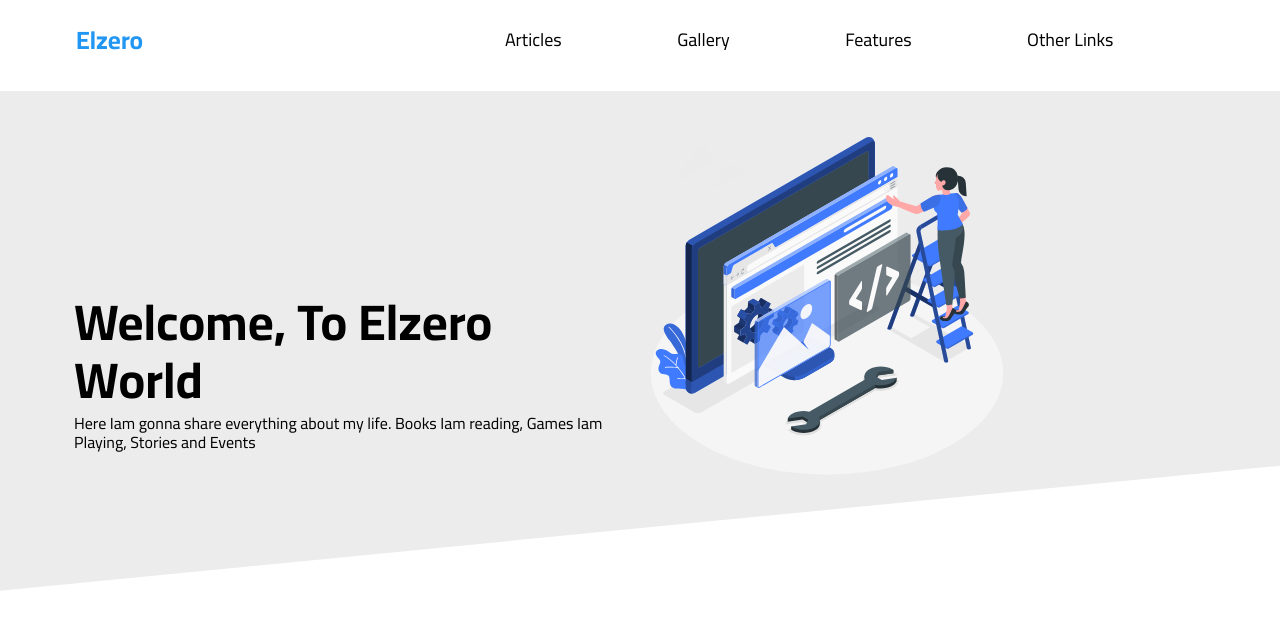
Repository: Toqa-25/elzeroAcdemey-Templete
Page: index.html
The author's editor kept a copy of each file at every save. The page is drawn from the files as they stood at one save, then again after the next save.
The browser window is 1280 px wide. The pictures show the whole page.

Above is the page before, as saved 2022-01-16 21:36:58.

### index.html
<!DOCTYPE html>
<html lang="en">
<head>
    <meta charset="UTF-8">
    <meta http-equiv="X-UA-Compatible" content="IE=edge">
    <meta name="viewport" content="width=device-width, initial-scale=1.0">
    <!-- normalize file -->
    <link rel="stylesheet" href="css/normalize.css">
    <!-- css files -->
    <link rel="stylesheet" href="css/style.css">
    <!-- fontAwosem file -->
    <link rel="stylesheet" href="css/all.min.css">
     <!-- font files -->
     <link rel="preconnect" href="https://fonts.googleapis.com">
    <link rel="preconnect" href="https://fonts.gstatic.com" crossorigin>
    <link href="https://fonts.googleapis.com/css2?family=Cairo:wght@200;400;700;800;900&display=swap" rel="stylesheet">
    <!-- page title -->
    <title>templete 3</title>
</head>
<body>
    <!-- header section -->
    <header id="" class="">
        <div class="container">
            <div class="header-content">
                <div class="header-content-logo">
                    <a href="index.html" class="logo link-none">Elzero</a>
                </div>
                <nav>
                    <ul class="nav-list unlist">
                        <li class="nav-list-item"> <a href="" class="link-none  link-style" id="articles">articles</a></li>
                        <li class="nav-list-item"> <a href="" class="link-none  link-style" id="gallery">gallery</a></li>
                        <li class="nav-list-item"> <a href="" class="link-none  link-style" id="features">features</a></li>
                        <li class="nav-list-item" id="parent-other-links"> <a href="javascript:;" class="link-none  link-style " >other links</a>
                            <div class="other-links " id="child-other-links">
           <div class="other-links-content">
            <div class="other-links-content-img">
                <img src="images/header/Video files-amico.svg" alt="">
            </div>

            <ul class="other-links-list unlist">
            <div class="other-links-list-group-one">
              <li id="" class="other-links-list-item"><a href="" class="link-none  link-style "><i class="far fa-comments"></i> testimonials</a></li>
              <li id="" class="other-links-list-item"><a href="" class="link-none  link-style "><i class="far fa-user"></i> team member</a></li>
              <li id="" class="other-links-list-item"><a href="" class="link-none  link-style"><i class="far fa-building"></i> services</a></li>
              <li id="" class="other-links-list-item"><a href="" class="link-none  link-style"><i class="far fa-check-circle"></i> our skils</a></li>
              <li id="" class="other-links-list-item"><a href="" class="link-none  link-style"><i class="far fa-clipboard"></i> how it work</a></li>
            </div>
            <div class="other-links-list-group-one">
                <li id="" class="other-links-list-item"><a href="" class="link-none  link-style"><i class="far fa-calendar-alt"></i> events</a></li>
                <li id="" class="other-links-list-item"><a href="" class="link-none  link-style"><i class="fas fa-server"></i> pricing planes</a></li>
                <li id="" class="other-links-list-item"><a href="" class="link-none  link-style"><i class="far fa-play-circle"></i> top video</a></li>
                <li id="" class="other-links-list-item"><a href="" class="link-none  link-style"><i class="fas fa-chart-bar"></i> states</a></li>
                <li id="" class="other-links-list-item"><a href="" class="link-none  link-style"><i class="fas fa-percent"></i> request a discount</a></li>
            </div>
        </ul>
       </div>
       </div>
                        </li>

                    </ul>
                </nav>
            </div>
        </div>
    </header>
    <!-- welcom section -->
    <section id="welcome" class="welcome">
        <div class="container">
            <div class="welcome-content">
                <div class="welcome-content-info">
                    <h1 class="welcome-content-info-head">welcome, to elzero world</h1>
                    <p class="welcoome-content-info-text">Here Iam gonna share everything about my life. Books Iam reading, Games Iam Playing, Stories and Events</p>
                </div>
                <div class="welcome-content-img">
                    <img src="images/welcome/Website setup-amico.svg" alt="" srcset="">
                </div>
            </div>
        </div>

    </section>


       <script src="script.js">

       </script>
</body>
</html>

### css/style.css
 /*
  - container
  -section head

 */
 /* global style */
 :root{
     /* --main-color:#45B2F8; */
     --main-color:#2196F3;
     --s-background:#ececec54;
     --f-background:#ececec;
     --p-color:#D6ECEC;
 }

 *{
     box-sizing: border-box;
     margin: 0;
     padding: 0;
 }
html , body{
    width: 100%;
    height: 100%;
    margin: 0;
    padding: 0;
    overflow: hidden;
}
 body{
     font-family: "Cairo", sans-serif;
 }
 .container{
      width: 90%;
      margin:0 auto;
      /* padding: 15px 0; */
 }
 .link-none{
     text-decoration: none;
 }
 .unlist{
     list-style: none;
 }
 .link-style{
    font-size: 18px;
    text-transform: capitalize;
 }

 /* header style */
 header{
   margin-bottom: 10px;
 }
.header-content{
    display: flex;
    justify-content: space-between;
    align-items: center;
    padding: 10px 12px ;
    margin-bottom: 10px;
}
.logo{
    font-weight: bolder;
    font-size:25px;
    color:var(--main-color)
}

nav{
    width: 70%;
}
.nav-list{
    display: flex;
    justify-content: space-evenly;
    align-items: center;
}
.nav-list-item {
    cursor: pointer;
    color:#000;
    padding: 20px  25px;
    position: relative;
    transition: background-color .2s ;
    -webkit-transition: background-color .2s ;
    -moz-transition: background-color .2s ;
    -ms-transition: background-color .2s ;
    -o-transition: background-color .2s ;
}
.nav-list-item::before{
    content: "";
    height: 3px;
    width: 0;
    background-color: var(--main-color);
    position: absolute;
    top: 0px;
    left: 0;
    transition: width .6s;
    -webkit-transition: width .6s;
    -moz-transition: width .6s;
    -ms-transition: width .6s;
    -o-transition: width .6s;
}
.nav-list-item a{
        color:#000;
}

.nav-list-item:hover  {
    background-color: var(--s-background);
}
.nav-list-item:hover  a {
    color:var(--main-color);
}
.nav-list-item:hover::before{
        width: 100%;
}
#parent-other-links{
    position: relative;
}
#parent-other-links:hover #child-other-links{
    transform:translateY(20px) ;
    -webkit-transform:translateY(20px) ;
    -moz-transform:translateY(20px) ;
    -ms-transform:translateY(20px) ;
    -o-transform:translateY(20px) ;
}
/* media query for header*/
@media (max-width:767px){
    .header-content{
        flex-direction:column ;
        padding:5px 12px;
}
.header-content-logo{
    margin-bottom: 5px;
}
nav{
    width: 80%;
}
.nav-list-item{
    padding:17px 10px;
}
.nav-list-item a{
    font-size: 15px;
}
}
                       /*************************************/
/* style for other links */
.other-links{
 /*margin-top: 10px;
 */margin: 10 auto;
 transform: translatey(1000%);
 -webkit-transform: translatey(1000%);
 -moz-transform: translatey(1000%);
 -ms-transform: translatey(1000%);
 -o-transform: translatey(1000%);
 transition: transform .5s;
 -webkit-transition: transform .5s;
 -moz-transition: transform .5s;
 -ms-transition: transform .5s;
 -o-transition: transform .5s;
}
.other-links-content{
    display: flex;
    border-bottom: 4px solid var(--main-color);
    border-top: 2px solid var(--s-background);
}
.other-links-content-img{
    margin:auto;
}
.other-links-content-img img{
    width: 100%;
}
.other-links-list{
    width:55%;
    display: flex;
    justify-content: space-between;
    padding: 10px;
    align-items: center;
}
.other-links-list-group-one{
    width:45%
}
.other-links-list-item{
    padding: 15px ;
    border-bottom: 1px solid rgba(0, 0, 0, 0.337);
    position: relative;
    cursor: pointer;

}
.other-links-list-item:last-child{
    border:none;
}
.other-links-list-item::before{
    content:"";
    position: absolute;
    top: 0;
    left: 0;
    height: 100%;
    width: 0%;
    background-color: var(--s-background);
    transition:width .5s;
    -webkit-transition:width .5s;
    -moz-transition:width .5s;
    -ms-transition:width .5s;
    -o-transition:width .5s;
}
.other-links-list-item:hover::before{
    width: 100%;
}
.other-links-list-item a{
    font-weight: bold;
    color:var(--main-color)
}
.other-links-list-item > a > i{
 margin-right: 10px;
}
.other{
    transform: translatey(20px);
    -webkit-transform: translatey(20px);
    -moz-transform: translatey(20px);
    -ms-transform: translatey(20px);
    -o-transform: translatey(20px);
}
#child-other-links{
    width:85vw;
    position: absolute;
    right: 5px;
    /* background-color: violet; */
}
@media(max-width:991px){
    #child-other-links{
     width:87vw;
    }
     .other-links-content-img{
        display: none;
    }
    .other-links-list{
        width: 100%;
    }
}
@media(max-width:767px){
    #child-other-links{
        width:100vw;
        margin-right: -166px;
    }
     .other-links-list{
        flex-direction: column;
    }
        .other-links-list-group-one{
    width:100%;
}
.other-links-list-item:last-child{
    border-bottom: 1px solid rgba(0, 0, 0, 0.337);
}
 .other-links-list-item a{
     font-size: 18px;
 }
}
/********************************************************************************************/
/* style for other welcome section */

.welcome{
    /* background-color: var(--s-background);
    clip-path: polygon(0 0, 100% 0, 100% 35%, 0 70%);
    margin-bottom: 500px; */
    /* background-color: var(--s-background);
    clip-path: polygon(0 0, 100% 0, 100% 35%, 0 70%);
    margin-bottom: 500px; */
   background-color: var(--f-background);
    clip-path: polygon(0 0, 100% 0, 100% 75%, 0 100%);
    height: 500px;
    padding: 20px 0px;
    margin-bottom: 500px;

}

.welcome-content{
    display: flex;
}
.welcome-content-info{
    width:50%;
    padding: 150px 10px;
}
.welcome-content-info-head {
    font-size: 50px;
    text-transform: capitalize;
    margin-bottom: 5px;
}
.welcome-content-img{
    width:50%
}
.welcome-content-img img{
    width:65%
}

### script.js
let otherParent = document.getElementById("parent-other-links");
let otherChild = document.getElementById("child-other-links");
otherParent.onclick = function () {
  otherChild.classList.toggle("other");
};

Loaded but not shown: css/normalize.css (library); css/all.min.css (library)

After the next save:
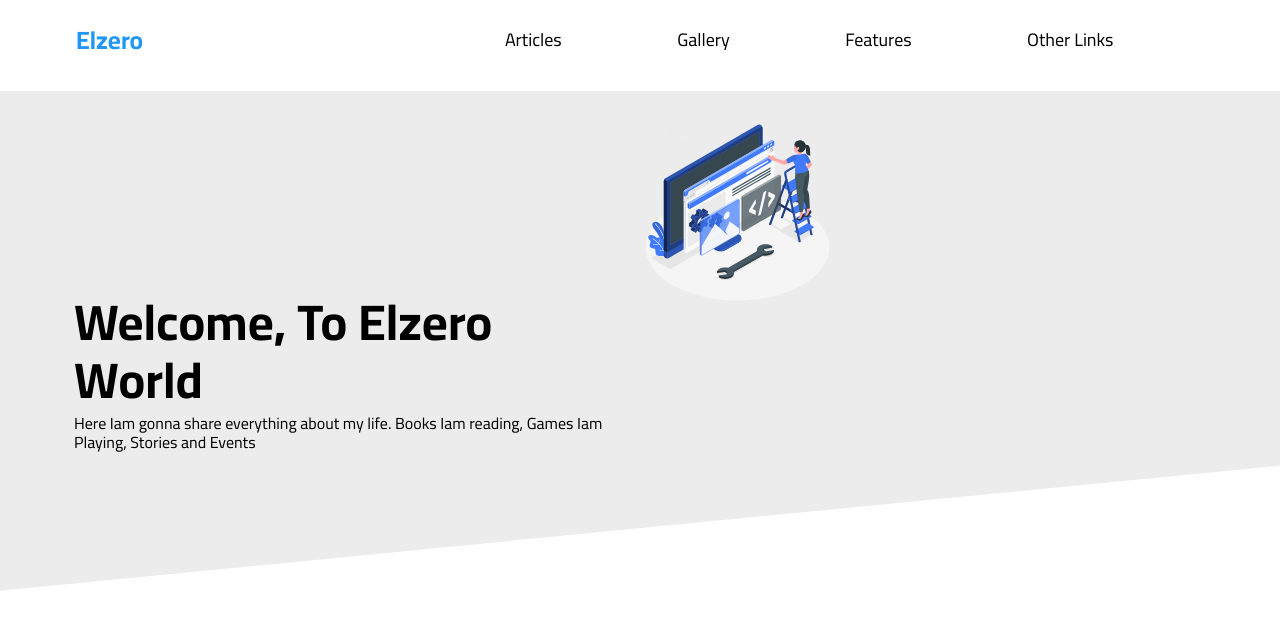
Saved 76 s later.
--- a/css/style.css
+++ b/css/style.css
@@ -278,6 +278,7 @@
     text-transform: capitalize;
     margin-bottom: 5px;
 }
+.welcome-content-info-head
 .welcome-content-img{
     width:50%
 }

After the save that followed:
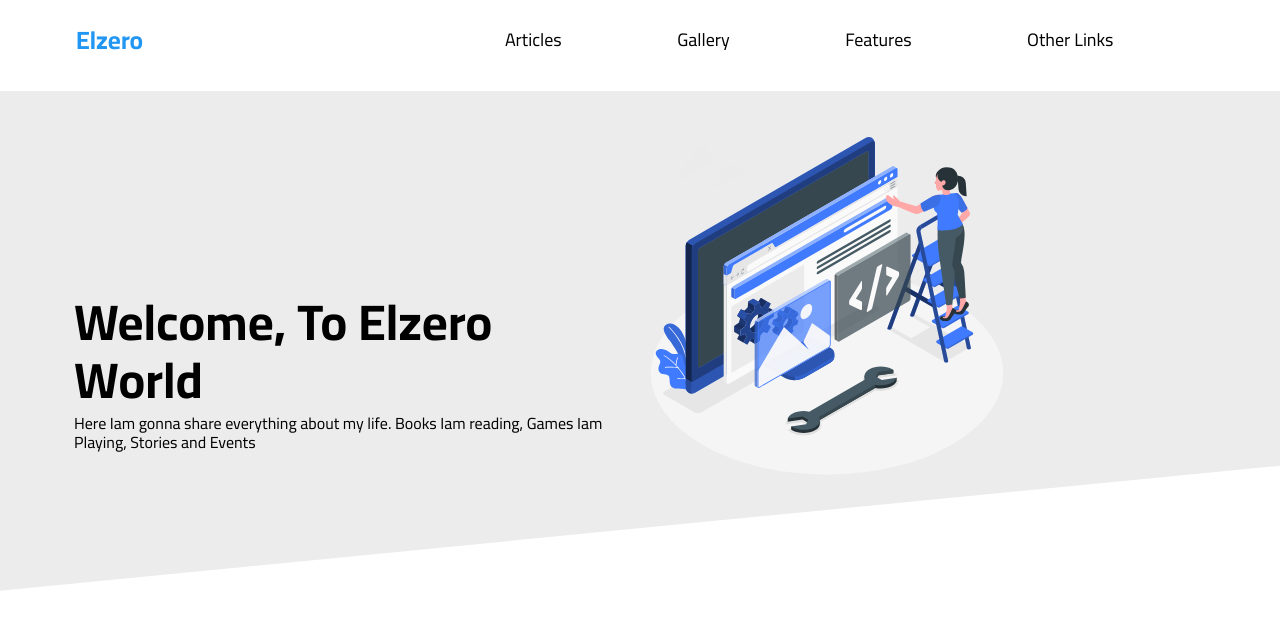
Saved 5 s later.
--- a/css/style.css
+++ b/css/style.css
@@ -278,7 +278,9 @@
     text-transform: capitalize;
     margin-bottom: 5px;
 }
-.welcome-content-info-head
+.welcome-content-info-text{
+
+}
 .welcome-content-img{
     width:50%
 }
